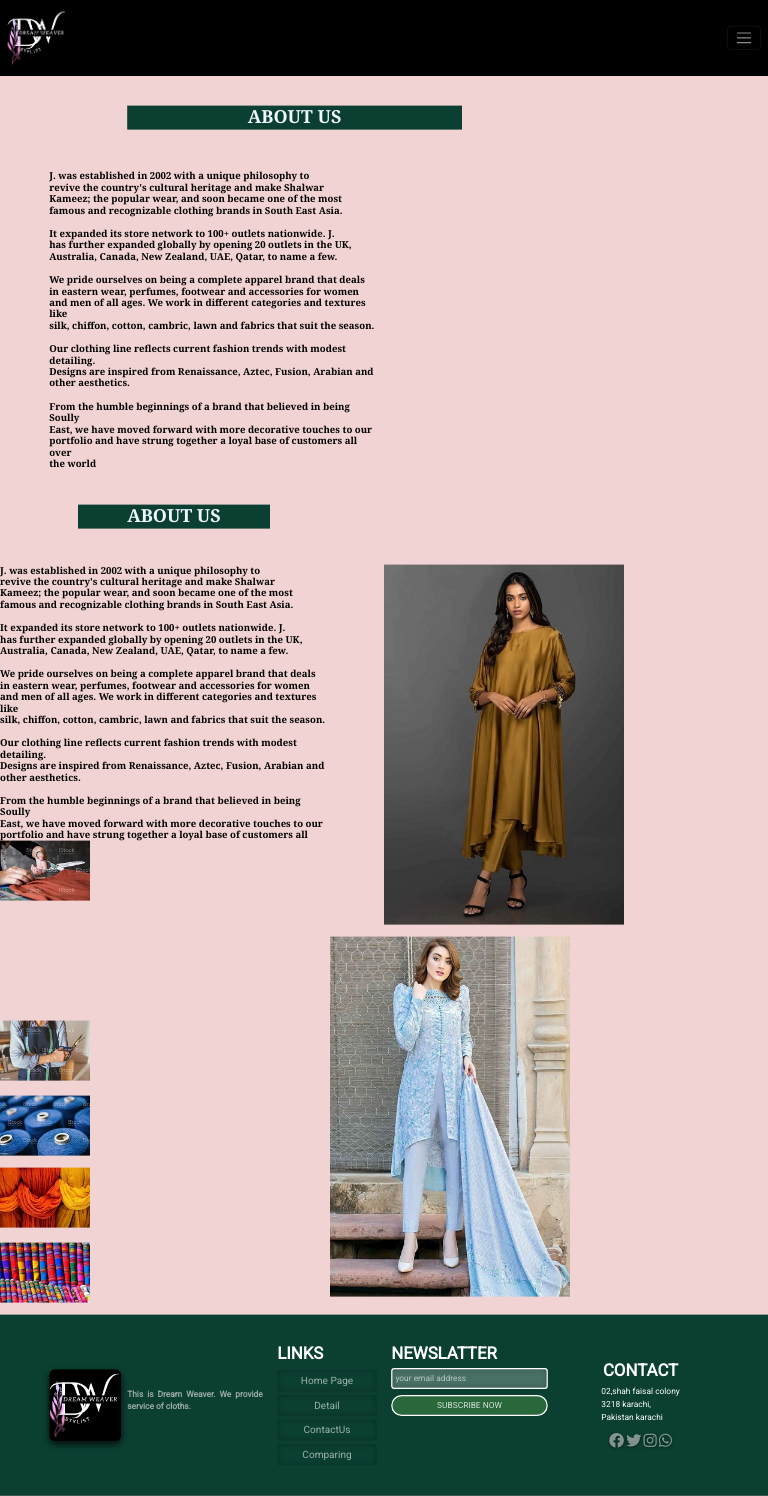
Repository: laibaashraf90/dreamweaver
Page: Source Code/detail.html
The author's editor kept a copy of each file at every save. The page is drawn from the files as they stood at one save, then again after the next save.
The browser window is 1280 px wide. The pictures show the whole page, at 60% of full size.

Above is the page before, as saved 2022-10-29 17:13:08.

After the next save:
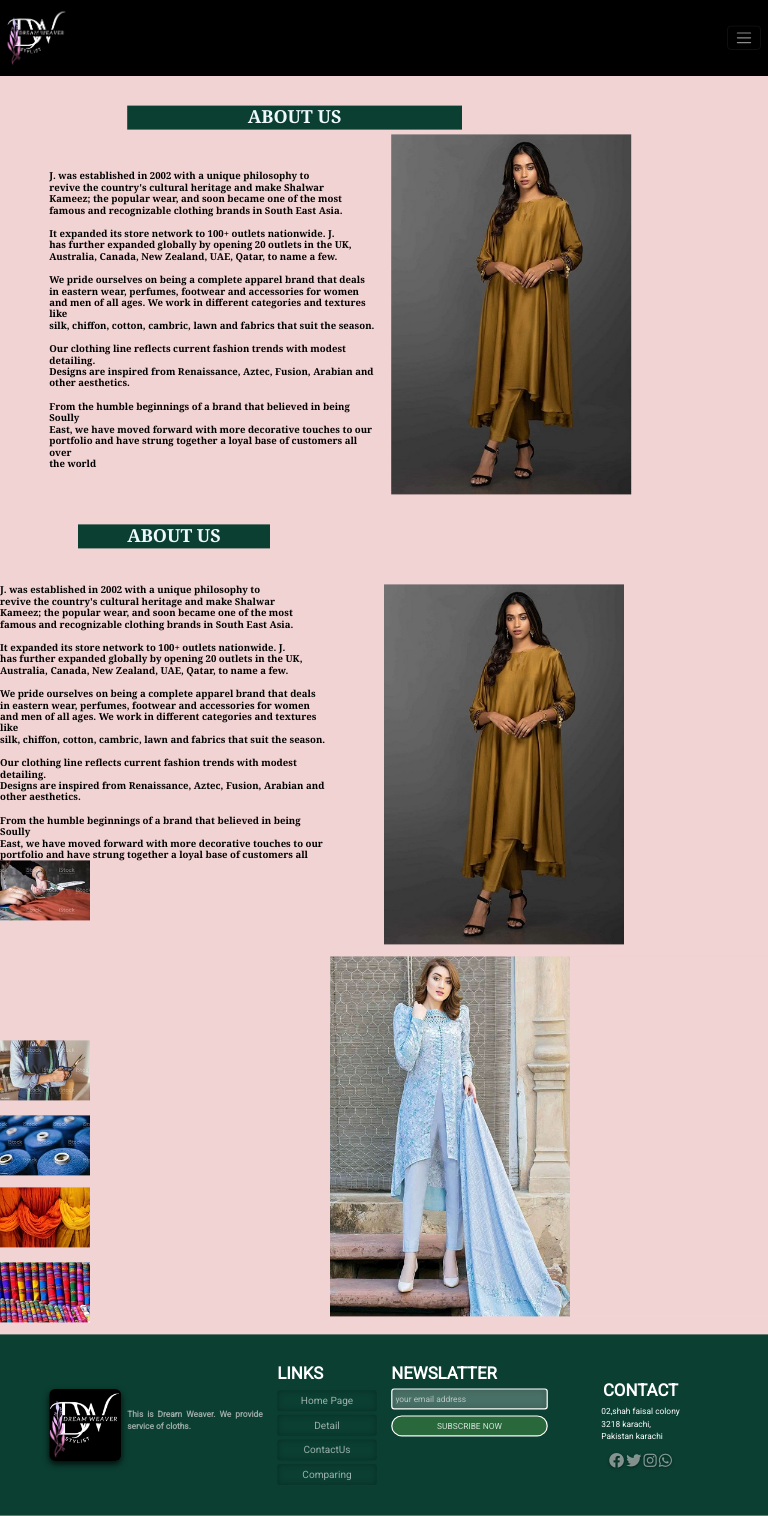
Saved 10 s later.
--- a/Source Code/detail.html
+++ b/Source Code/detail.html
@@ -110,6 +110,7 @@
 
         </div>
         <div class="col-sm-6">
+          <img src="./imges/s1.jpg" alt="">
 
         </div>
       </div>
